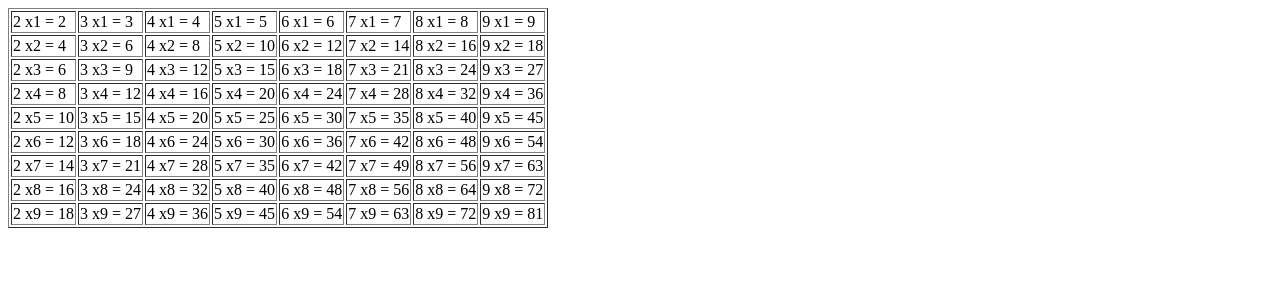
Repository: gom0109/JSP_DK
Page: http://localhost/01_Basic/01_basic/Ex12_김동욱.jsp
These files come from the project's save history. The page is drawn as it stood at one moment and after the next save; the edit follows.
The browser window is 1280 px wide. The pictures show the whole page.
The page is served by Tomcat 9.

Above is the page before, as saved 2021-01-19 04:51:15.

After the next save:
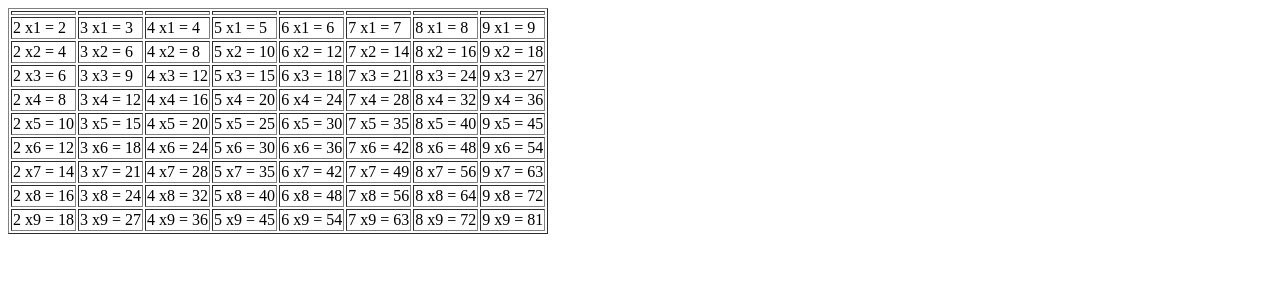
Saved 106 s later.
--- a/01_Basic/WebContent/01_basic/Ex12_김동욱.jsp
+++ b/01_Basic/WebContent/01_basic/Ex12_김동욱.jsp
@@ -3,6 +3,13 @@
 <!-- jsp 구구단 -->
 
 <table border="1">
+<tr>
+<%for(int z=2;z<=9;z++){%>
+	<th></th>
+<%} %>
+</tr>
+
+
 <%for(int i=1;i<=9;i++){%>
 	<tr>
 	<%for(int j=2;j<=9;j++){%>
